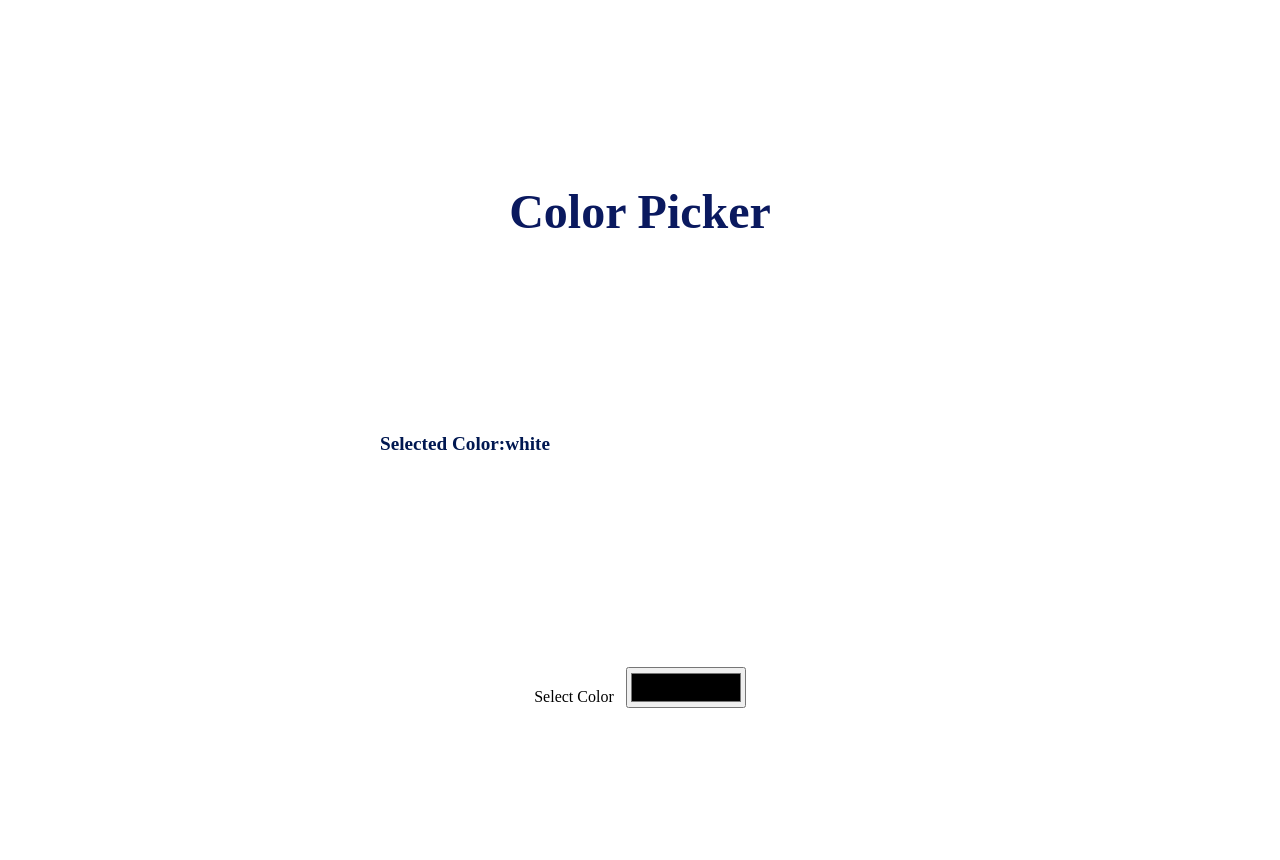
Repository: rkrukshan/Color-Picker--React-
Page: /
These files come from the project's save history. The page is drawn as it stood at one moment and after a run of saves; the edit follows.
The browser window is 1280 px wide. The pictures show the whole page.
The project was rebuilt for these pictures with package versions that can differ from the ones it lists, and the page was loaded fresh each time. Also part of the build but not shown: vite.config.js.

Above is the page before, as saved 2024-07-21 18:36:52.

After the next 3 saves:
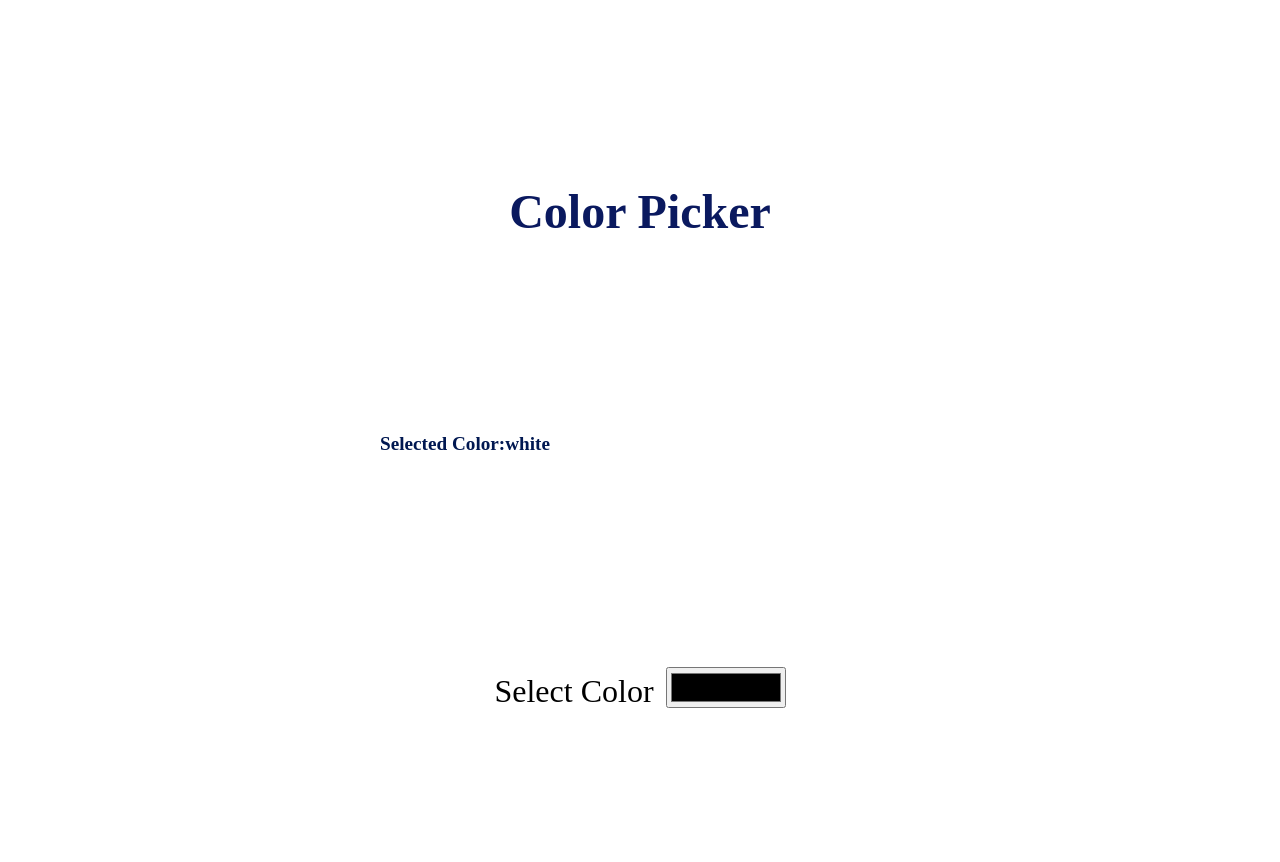
The 3 saves are shown as one change because they came seconds apart.
The last was saved 11 s later.
--- a/src/index.css
+++ b/src/index.css
@@ -25,7 +25,7 @@
   color:rgb(1, 24, 81);
 }
 .selectlabel{
-font-size: 1em;
+font-size: 2em;
 }
 .colorpicker{
   width: 9em;
